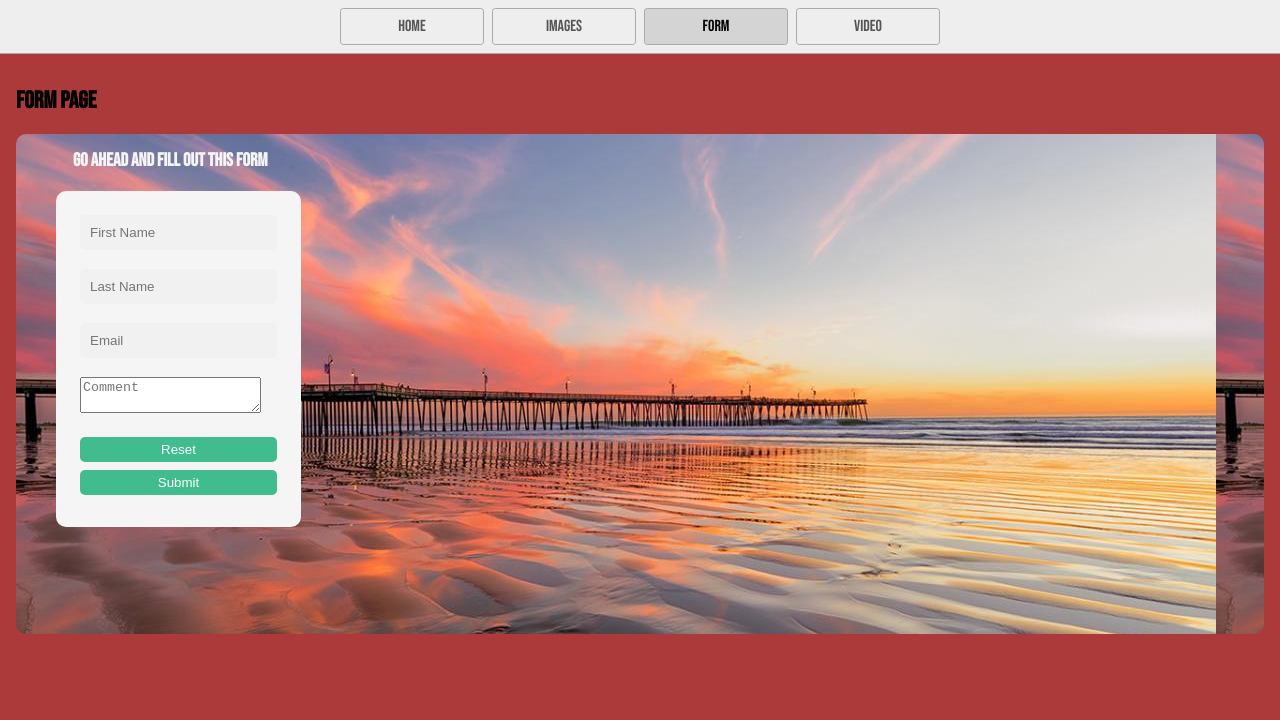
Repository: sebas6292/palmTree-Final
Page: Form.html
An editor plug-in stored every save of this project. The page is shown before and after the next save, followed by the edit.
The browser window is 1280 px wide. The pictures show the whole page.

Above is the page before, as saved 2023-06-03 11:38:59.

### Form.html
<!DOCTYPE html>
<html lang="en">
  <head>
    <title>Jeff's form</title>
    <meta charset="UTF-8" />
    <meta name="viewport" content="width=device-width" />
    <link rel="icon" href="/Assets/favicon.jpg" type="image/x-icon">
    <link rel="preconnect" href="https://fonts.googleapis.com">
    <link rel="preconnect" href="https://fonts.gstatic.com" crossorigin>
    <link href="https://fonts.googleapis.com/css2?family=Bebas+Neue&display=swap" rel="stylesheet">
    <link rel="stylesheet" href="styles.css" />

  </head>
  <body>
    <nav>
      <a href="/Home.html">Home</a>
      <a href="/Images.html">Images</a>
      <a href="/Form.html" aria-current="page">Form</a>
      <a href="/Video.html">Video</a>
    </nav>
    <main>
      <h1>Form page</h1>
      <div class="bg-img">
      <h3 class="form-title">Go ahead and fill out this form</h3>
      <form action="/Home.html" target="_blank" class="form-container">

        <input type="text" id="fname" name="fname" placeholder="First Name"><br>
        <br>
        <input type="text" id="lname" name="lname" placeholder="Last Name" ><br>
        <br>
        <input type="text" id="email" name="email" placeholder="Email"><br>
        <br>

        <textarea id="comment" placeholder='Comment' name="comment" ></textarea>
        <br>
        <br>
        <input class="btn" type="reset" value="Reset">
        <input class="btn" type="submit" value="Submit">
      </form>
    </div>
    </main>
  </body>
</html>

### styles.css
* {
    box-sizing: border-box;
  }

  body {
    margin: 0;
    font-family: 'Bebas Neue', sans-serif;
    color: black;
    background-color: white;
  }
  @keyframes body {
    0%   {background-color: white;}
    25%  {background-color: brown}
    50%  {background-color: purple;}
    100% {background-color: black;}
  }
  body {
    background-color: white;
    animation-name: body;
    animation-duration: 30s;
  }

  nav {
    display: flex;
    flex-wrap: wrap;
    align-items: center;
    justify-content: center;
    padding: 0.5rem;
    gap: 0.5rem;
    border-bottom: solid 1px #aaa;
    background-color: #eee;
  }

  nav a {
    display: inline-block;
    min-width: 9rem;
    padding: 0.5rem;
    border-radius: 0.2rem;
    border: solid 1px #aaa;
    text-align: center;
    text-decoration: none;
    color: #555;
  }

  nav a[aria-current='page'] {
    color: #000;
    background-color: #d4d4d4;
  }

  main {
    padding: 1rem;
  }

  h1 {
    font-weight: bold;
    font-size: 1.5rem;
  }
  .form-title {
    margin-left: 57px;
    color: whitesmoke;
    padding-top: 15px;
  }

  .bg-img {
    background-image: url('/Assets/pier2.jpeg');
    height: 500px;
    border-radius: 10px;
  }

  .form-container {
    position: absolute;
    margin: 0 0 0 40px;
    max-width: 400px;
    padding: 24px;
    background-color: whitesmoke;
    border-radius: 10px;
  }
  input[type=text], input[type=password], input[id=comment] {
    width: 100%;
    padding: 10px;
    border: none;
    background: #f1f1f1;
    border-radius: 5px;
  }
  .btn {
    background-color: #04AA6D;
    color: white;
    margin-bottom: .5rem ;
    padding: 5px 0 5px 0;
    border: none;
    cursor: pointer;
    border-radius: 5px;
    width: 100%;
    opacity: 0.75;
  }
  .btn:hover {
    opacity: 1;
  }
  img {
    border-radius: 10px;
    margin: 5px 0 5px 20px;
    opacity: .75;
  }
  img:hover {
    opacity: 1;
    width: 300px;
  }
  .video-title {
   margin: 0px 0 0 20px;
   padding-top: 20px;
  }

  video {
    margin: 20px 0 0 15px;
    border-radius: 10px;
  }

After the next save:
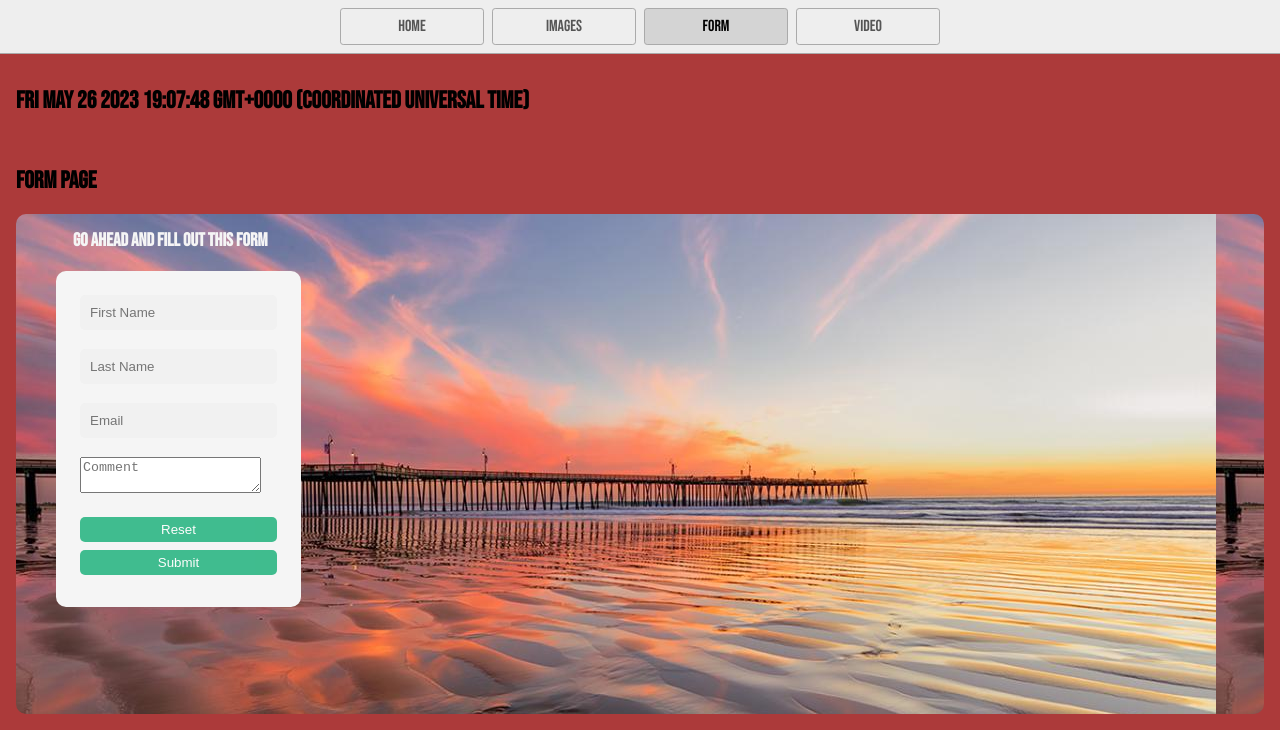
Saved 1 s later.
--- a/Form.html
+++ b/Form.html
@@ -19,6 +19,12 @@
       <a href="/Video.html">Video</a>
     </nav>
     <main>
+      <h1>
+        <script>
+          document.write(Date())
+        </script>
+        </h1>
+        <br>
       <h1>Form page</h1>
       <div class="bg-img">
       <h3 class="form-title">Go ahead and fill out this form</h3>
